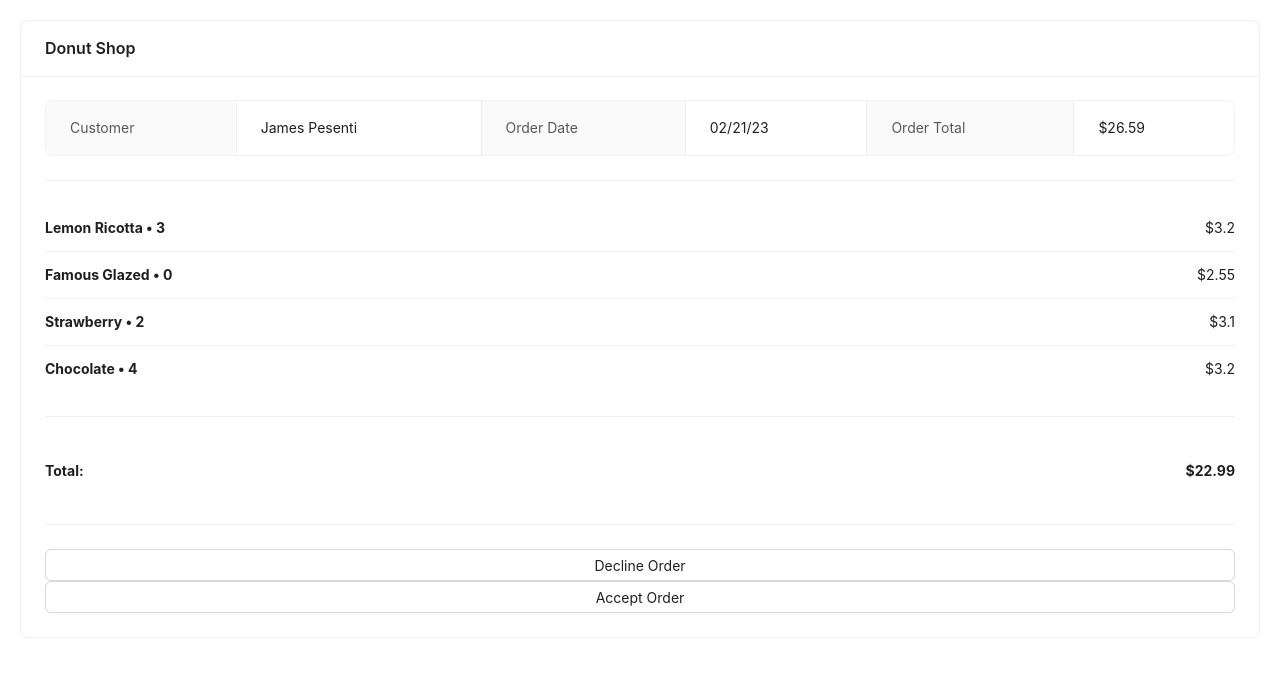
Repository: JamesPesenti/DonutShopDashboard
Page: /
The author's editor kept a copy of each file at every save. The page is drawn from the files as they stood at one save, then again after the next save.
The browser window is 1280 px wide. The pictures show the whole page.
The project was rebuilt for these pictures with package versions that can differ from the ones it lists, and the page was loaded fresh each time.

Above is the page before, as saved 2023-03-22 14:28:13.

### src/App.js
import { Card, Descriptions, Divider, List, Button } from "antd"
import donuts from "../src/data/donuts"

function App() {
  return (
    <>
      <Card style={{ margin: 20 }} title={"Donut Shop"}>
        <Descriptions bordered column={{lg: 1, md: 1, sm: 1}}>
          <Descriptions.Item label="Customer">
            James Pesenti
          </Descriptions.Item>
          <Descriptions.Item label="Order Date">
            02/21/23
          </Descriptions.Item>
          <Descriptions.Item label="Order Total">
            $26.59
          </Descriptions.Item>
        </Descriptions>
        <Divider />
        <List
          dataSource={donuts}
          renderItem={(donutItem) => (
            <List.Item>
              <div style={{fontWeight: "bold"}}>{donutItem.flavor}   &#8226; {donutItem.quantity}</div>
              <div>${donutItem.price}</div>
            </List.Item>
          )}
        />
        <Divider />
        <div style={styles.totalContainer}>
          <h4>Total:</h4>
          <h4 style={styles.price}>$22.99</h4>
        </div>
        <Divider />
        <div style={styles.buttonsContainer}>
          <Button block>
            Decline Order
          </Button>
          <Button block>
            Accept Order
          </Button>
        </div>
      </Card>
    </>
  );
}

const styles = {
  totalContainer: {
    display: "flex",
    flexDirection: "row",
  },
  price: {
    marginLeft: "auto",
  },
  buttonsContainer: {

  }
}

export default App;

### src/data/donuts.js
export default [
    {
        flavor: "Lemon Ricotta",
        image: "https://t3.ftcdn.net/jpg/04/90/71/94/240_F_490719448_y4LhTnor5VL2gk9DYhwIw3ZRcZQ1beeD.jpg",
        price: 3.20,
        avgRating: 4.8,
        calories: 190,
        quantity: 3,
        descriptiion: "Made with fresh ricotta and lemon zest",
    },
    {
        flavor: "Famous Glazed",
        image: "https://t3.ftcdn.net/jpg/00/70/16/96/240_F_70169698_gr2Xm6hqPIFLC2kAsjOVRATbBLVDZLn5.jpg",
        price: 2.55,
        avgRating: 4.7,
        calories: 242,
        quantity: 0,
        descriptiion: "Our famous, made fresh everyday glazed",
    },
    {
        flavor: "Strawberry",
        image: "https://t3.ftcdn.net/jpg/00/20/33/94/240_F_20339434_0DNEcWb7vTsrpw1g2tSHmrFc3Fh5G9C6.jpg",
        price: 3.10,
        avgRating: 4.6,
        calories: 189,
        quantity: 2,
        descriptiion: "Made with organic strawberries from florida",
    },
    {
        flavor: "Chocolate",
        image: "https://t3.ftcdn.net/jpg/02/54/64/44/240_F_254644452_0dCYufJiJP5Aw3LxX8x0hzlicqYsb5HR.jpg",
        price: 3.20,
        avgRating: 4.7,
        calories: 297,
        quantity: 4,
        descriptiion: "Tastes like a slice of chocolate cake!",
    },
]

Loaded but not shown: public/index.html (common file); src/index.js (common file); src/index.css (common file)

After the next save:
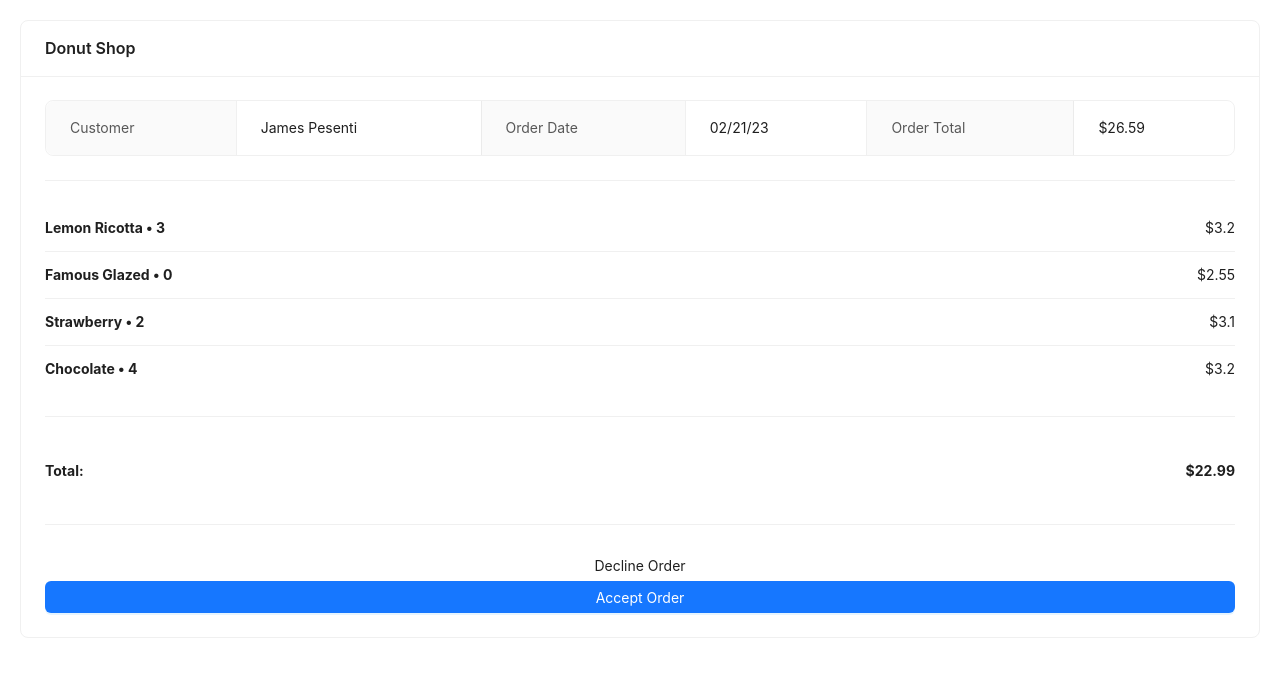
Saved 19 s later.
--- a/src/App.js
+++ b/src/App.js
@@ -33,10 +33,10 @@ function App() {
         </div>
         <Divider />
         <div style={styles.buttonsContainer}>
-          <Button block>
+          <Button block type="danger">
             Decline Order
           </Button>
-          <Button block>
+          <Button block type="primary">
             Accept Order
           </Button>
         </div>
